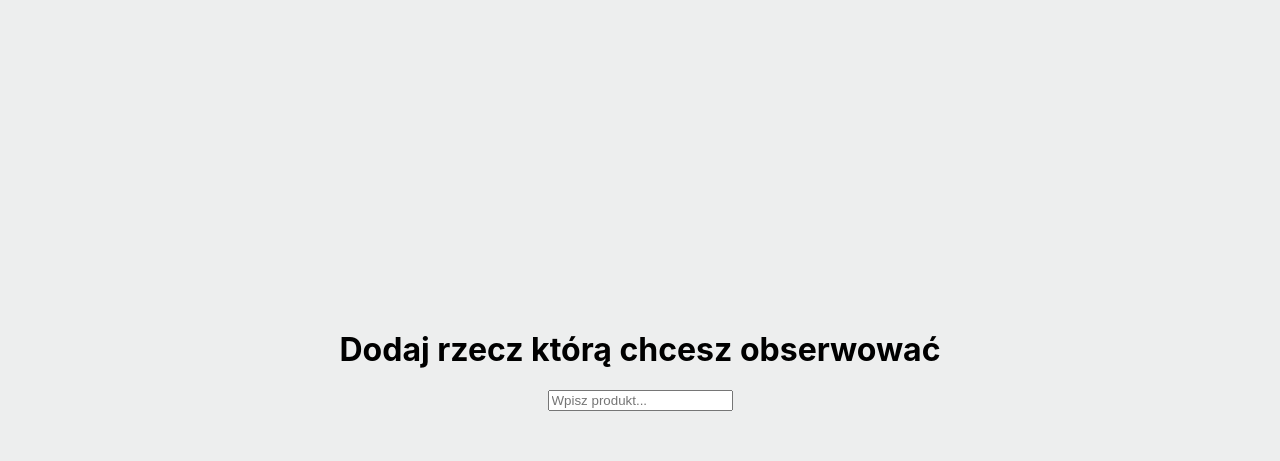
Repository: matedoo/crawler
Page: /MainApp
The author's editor kept a copy of each file at every save. The page is drawn from the files as they stood at one save, then again after the next save.
The browser window is 1280 px wide. The pictures show the whole page.
The project was rebuilt for these pictures with package versions that can differ from the ones it lists, and the page was loaded fresh each time. Also part of the build but not shown: src/Components/button.js, src/Components/LoginComponents/LoginApp.js, src/Components/LoginComponents/RegisterApp.js, src/Components/btnContainer.js, src/Components/heading.js, src/Components/LoginComponents/StartApp.js, src/Components/MainApp/MainAppElement.js.

Above is the page before, as saved 2020-04-19 18:31:44.

### public/index.html
<!DOCTYPE html>
<html lang="en">
  <head>
    <meta charset="utf-8" />
    <link rel="icon" href="%PUBLIC_URL%/favicon.ico" />
    <meta name="viewport" content="width=device-width, initial-scale=1" />
    <meta name="theme-color" content="#000000" />
    <meta
      name="description"
      content="Web site created using create-react-app"
    />
    <link rel="apple-touch-icon" href="%PUBLIC_URL%/logo192.png" />
    <!--
      manifest.json provides metadata used when your web app is installed on a
      user's mobile device or desktop. See https://developers.google.com/web/fundamentals/web-app-manifest/
    -->
    <link rel="manifest" href="%PUBLIC_URL%/manifest.json" />
    <!--
      Notice the use of %PUBLIC_URL% in the tags above.
      It will be replaced with the URL of the `public` folder during the build.
      Only files inside the `public` folder can be referenced from the HTML.

      Unlike "/favicon.ico" or "favicon.ico", "%PUBLIC_URL%/favicon.ico" will
      work correctly both with client-side routing and a non-root public URL.
      Learn how to configure a non-root public URL by running `npm run build`.
    -->
    <title>Racoon</title>
  </head>
  <body>
    <noscript>You need to enable JavaScript to run this app.</noscript>
    <div id="root"></div>

  </body>
</html>

### src/App.js
import React from 'react';
import LoginApp from './Components/LoginComponents/LoginApp'
import RegisterApp from './Components/LoginComponents/RegisterApp'
import StartApp from './Components/LoginComponents/StartApp'
import MainApp from './Components/MainApp/MainApp'
import {BrowserRouter as Router, Switch, Route} from 'react-router-dom'




class App extends React.Component {

  render(){
    return (
      <Router>
        <Switch>
          <Route path='/' exact component={StartApp}></Route>
          <Route path='/LoginApp' component={LoginApp}></Route>
          <Route path='/RegisterApp' component={RegisterApp}></Route>
          <Route path='/MainApp' component={MainApp}></Route>
        </Switch>
      </Router>
    );
  }
}



export default App;

### src/Components/MainApp/MainApp.js
import React, { useState } from 'react';
import styled from 'styled-components';
import MainAppElement from './MainAppElement'




function MainApp(props) {
  const [elementsList, setElementsList] = useState([]);
  const [inputValue, setInputValue] = useState('');

  const handleInputChange = (event) => {
    const { value } = event.target
    setInputValue(value);

  }
    return (
      <LoginAppStyled>
        <h1>Dodaj rzecz którą chcesz obserwować</h1>
        {elementsList.map((element) => (
          <MainAppElement
            key={element}
            element={element}
          />
        ))}
        <input
          name='listelemt'
          placeholder='Wpisz produkt...'
          value={inputValue}
          onChange={handleInputChange}
        />
      </LoginAppStyled>
    );

}

export default MainApp;



const LoginAppStyled = styled.div`
   background-color: #edeeee;
   margin: 0;
   padding:0;
   height: 100vh;
   width: 100%;
   display: flex;
   align-items: center;
   justify-content: center;
   flex-direction: column;
`

Loaded but not shown: src/index.js (common file); src/styles/index.css (common file); src/serviceWorker.js (common file)

After the next save:
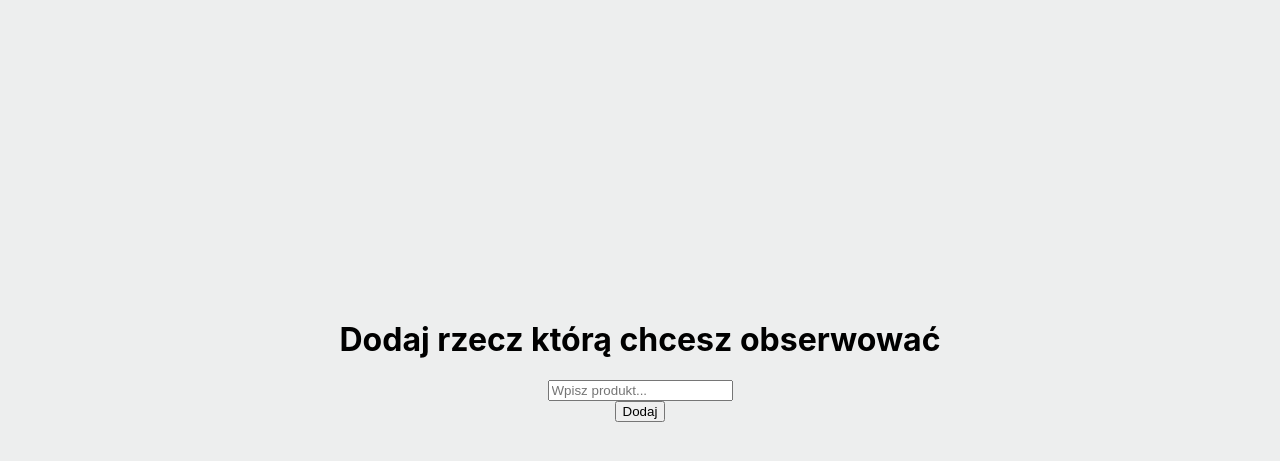
Saved 83 s later.
--- a/src/Components/MainApp/MainApp.js
+++ b/src/Components/MainApp/MainApp.js
@@ -29,6 +29,7 @@ function MainApp(props) {
           value={inputValue}
           onChange={handleInputChange}
         />
+        <button>Dodaj</button>
       </LoginAppStyled>
     );
 
